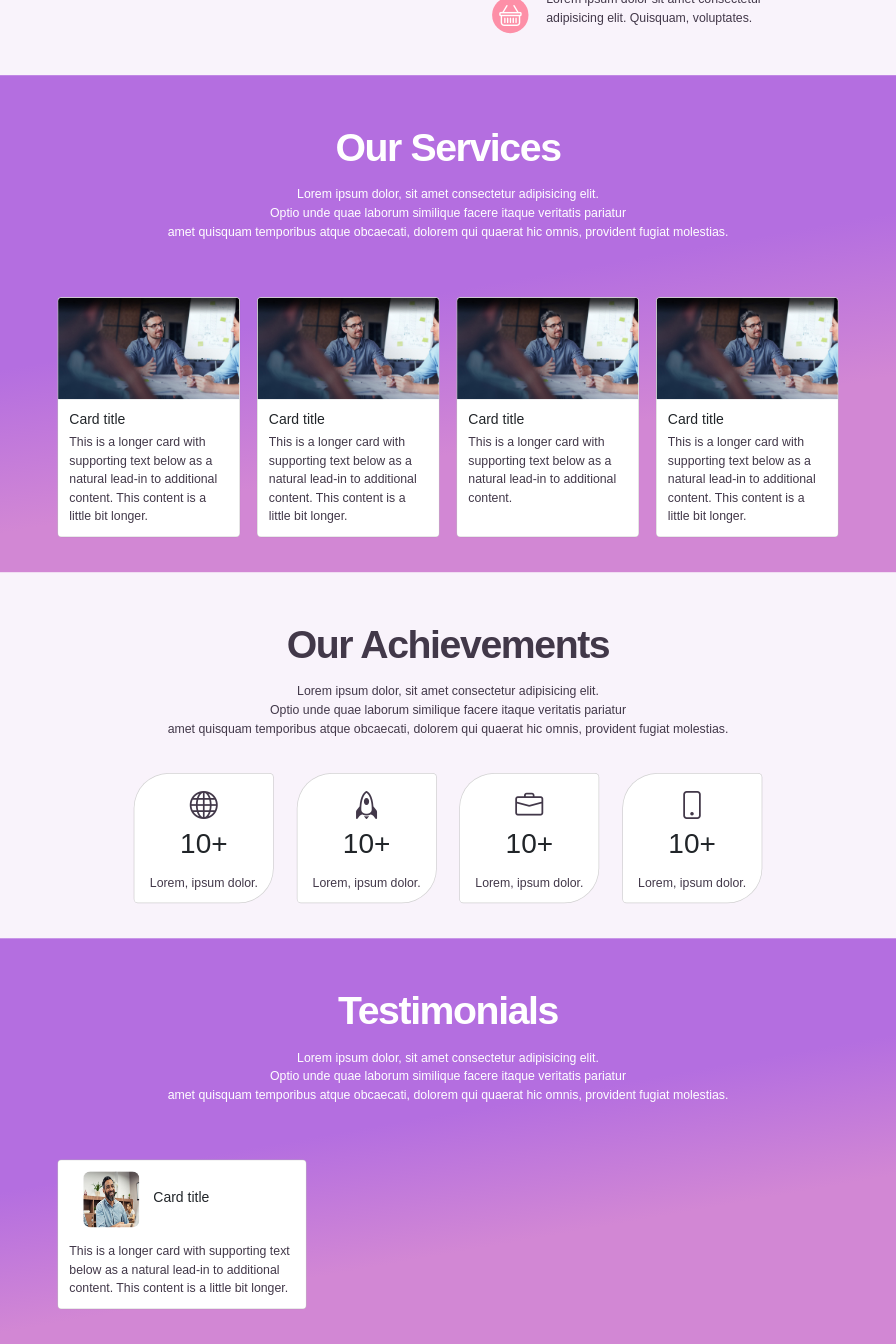
Repository: tagnam/project27012025
Page: index.html
An editor plug-in stored every save of this project. The page is shown before and after the next save, followed by the edit.
The browser window is 1280 px wide. The pictures show the part of the page from y = 1309 to 3229 px (the page is 3229 px tall), at 70% of full size.

Above is the page before, as saved 2025-01-28 13:08:44.

After the next save:
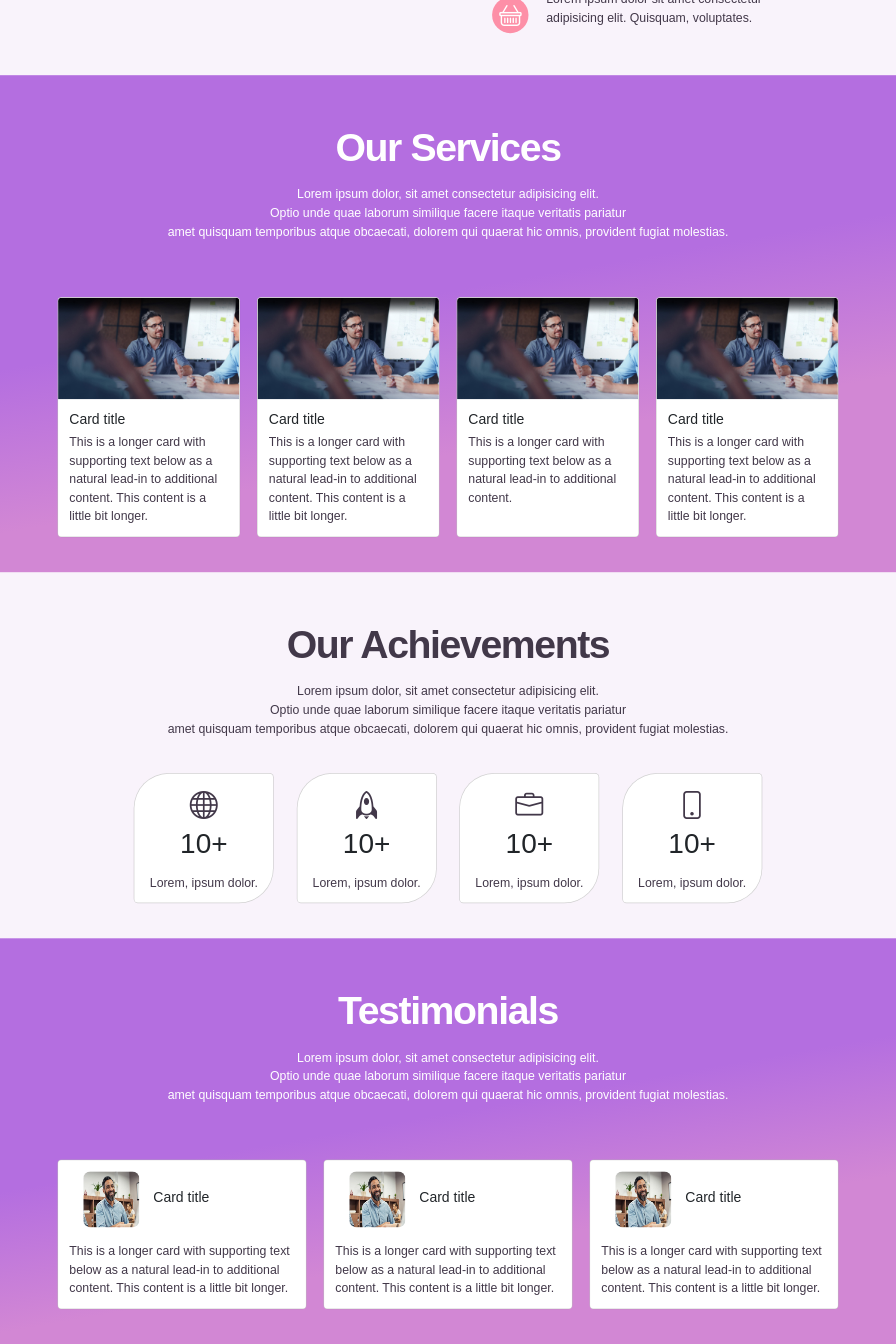
Saved 78 s later.
--- a/index.html
+++ b/index.html
@@ -333,7 +333,30 @@
                             </div>
                         </div>
                     </div>
-
+                      <div class="col">
+                        <div class="card h-100">
+                            <div class="card-body">
+                                <div class="img-body">
+                                    <img src="image/elearning-08.jpg" class="testimonial-img"  alt="..." />
+                                    <h5 class="testimonial-author">Card title</h5>
+                                </div>
+
+                                <p class="card-text">This is a longer card with supporting text below as a natural lead-in to additional content. This content is a little bit longer.</p>
+                            </div>
+                        </div>
+                    </div>
+                    <div class="col">
+                        <div class="card h-100">
+                            <div class="card-body">
+                                <div class="img-body">
+                                    <img src="image/elearning-08.jpg" class="testimonial-img"  alt="..." />
+                                    <h5 class="testimonial-author">Card title</h5>
+                                </div>
+
+                                <p class="card-text">This is a longer card with supporting text below as a natural lead-in to additional content. This content is a little bit longer.</p>
+                            </div>
+                        </div>
+                    </div>
 
                 </div>
             </div>
